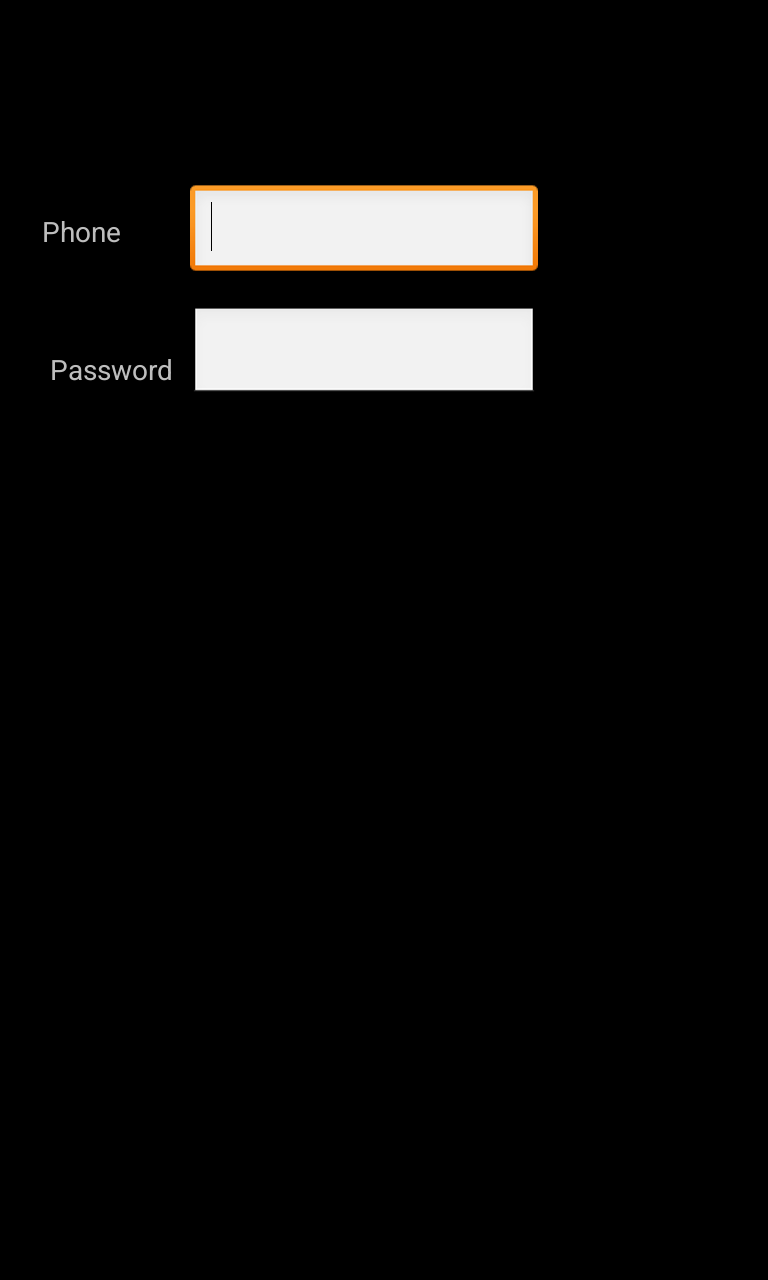
Repository: nuces-acm/DevFest-12-Team-9
Layout: data/Eclipse Workspace of android/Devfest/DCSClientApp/res/layout/signin.xml
These files come from the project's save history. The layout is drawn as it stood at one moment and after the next save; the edit follows.
It is drawn on a 768 x 1280 px phone screen (xhdpi) without system bars, with theme android:Theme; the app's code is not run.

Above is the layout before, as saved 2012-04-01 03:02:50.

After the next save:
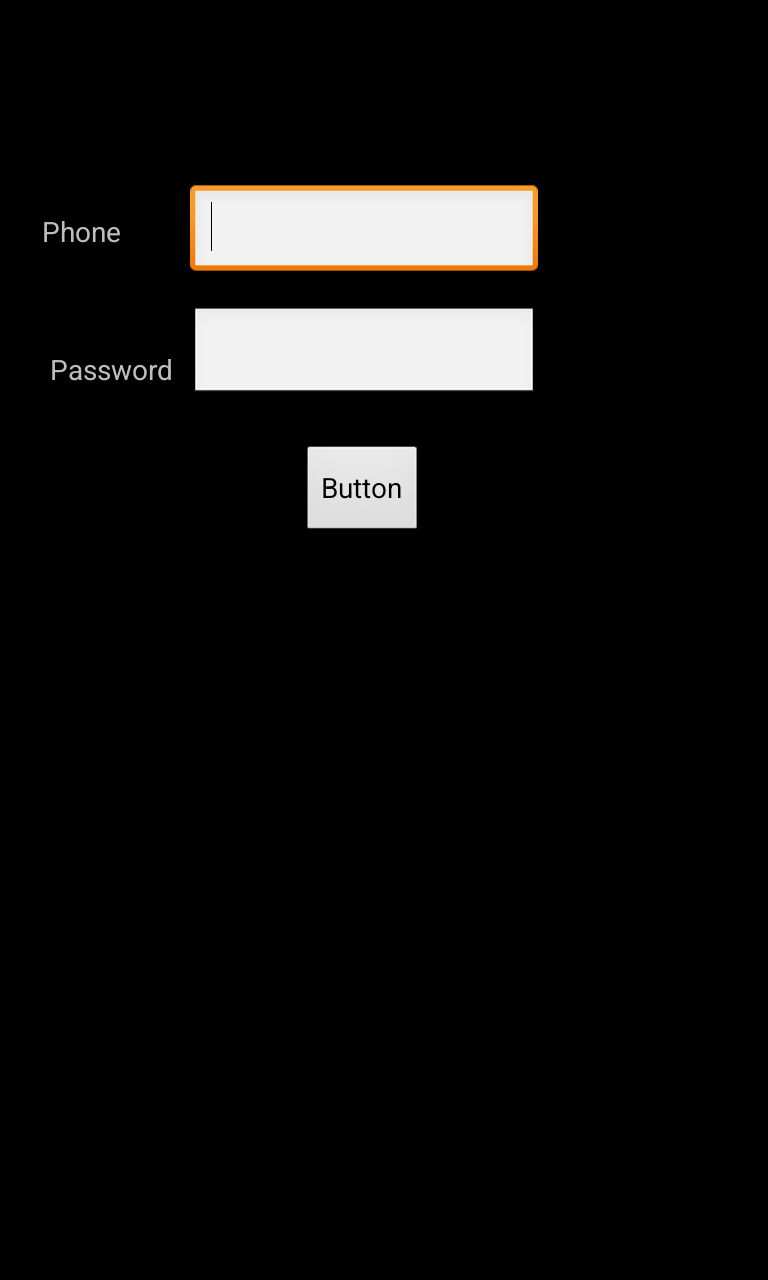
Saved 34 s later.
--- a/data/Eclipse Workspace of android/Devfest/DCSClientApp/res/layout/signin.xml
+++ b/data/Eclipse Workspace of android/Devfest/DCSClientApp/res/layout/signin.xml
@@ -43,4 +43,12 @@
         android:layout_y="153dp"
         android:inputType="textPassword" />
 
+    <Button
+        android:id="@+id/button1"
+        android:layout_width="wrap_content"
+        android:layout_height="wrap_content"
+        android:layout_x="150dp"
+        android:layout_y="222dp"
+        android:text="Button" />
+
 </AbsoluteLayout>
